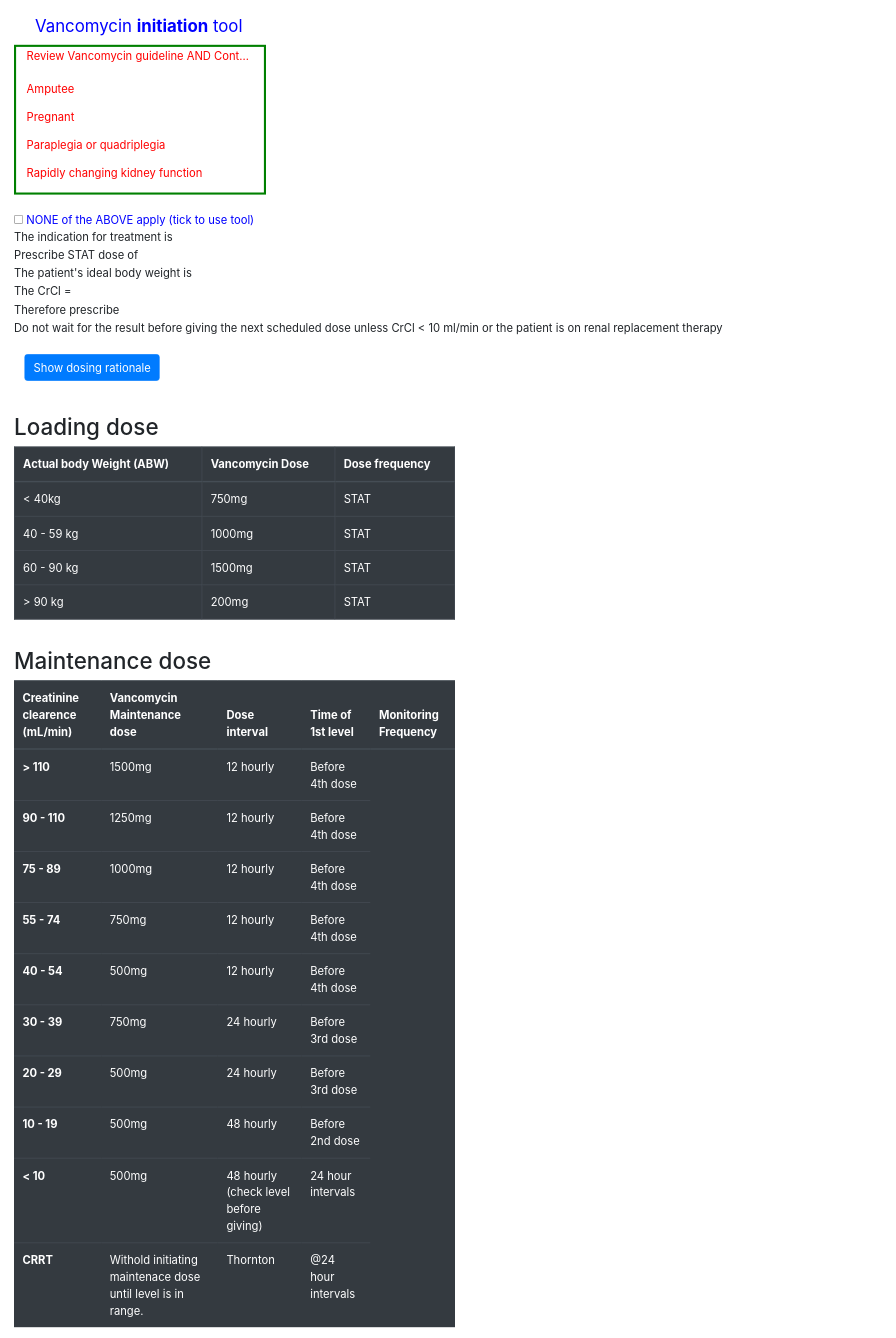
Repository: Mismiles/project-clinical-calculator
Page: index.html
The author's editor kept a record of every edit. The page is drawn from the files as they stood at one moment, then again after the next edit.
The browser window is 1280 px wide. The pictures show the whole page, at 70% of full size.

Above is the page before.

### index.html
<!doctype html>
<html lang="en">
  <head>
    <!-- Required meta tags -->
    <meta charset="utf-8">
    <meta name="viewport" content="width=device-width, initial-scale=1, shrink-to-fit=no">

    <!-- Bootstrap CSS -->
    <link rel="stylesheet" href="https://stackpath.bootstrapcdn.com/bootstrap/4.3.1/css/bootstrap.min.css" integrity="sha384-ggOyR0iXCbMQv3Xipma34MD+dH/1fQ784/j6cY/iJTQUOhcWr7x9JvoRxT2MZw1T" crossorigin="anonymous">

    <!-- Custom CSS -->
    <link href="css/stylesheet.css" rel="stylesheet">

    <title>Vancomycin calculation tool</title>

  </head>
  <body>

<form name="vanc">
<fieldset>

<!-- Form Name -->
<legend>Vancomycin <b>initiation</b> tool</legend>

<!-- Parameters -->
<section id='parameters'>
  <div class="col-md-4 statement" for="parameters" style="color:red">Review Vancomycin guideline AND Contact Pharmacy if any apply, as this tool will not give relevant advice.
    <br>
    <br>
    <p>Amputee</p>
    <p>Pregnant</p>
    <p>Paraplegia or quadriplegia</p>
    <p>Rapidly changing kidney function</p>
	</div>
</section>

<!-- Safe to use tool-->
	<br>
	<div style="color:blue">
      <input type="checkbox" name="parameters" id="showform" onclick="displayForm(); hideParameters();">
      NONE of the ABOVE apply (tick to use tool)
</div>

<section id='vancform'>
<!-- Indication-->
<br>
<div class="form-group">
  <label class="col-md-4 control-label" for="indication"><b>Indication</b></label>
  <div class="col-md-4">
  <input id="ind" name="indication" type="text" autocomplete="off" placeholder="Specify" class="form-control input-md" required="">
  </div>
</div>

<!-- Gender -->
<div class="form-group">
  <label class="col-md-4 control-label" for="gender"><b>Gender</b></label>
  <div class="col-md-4">
   <div class="btn-group btn-group-toggle" data-toggle="buttons">
  <label class="btn btn-outline-primary">
    <input type="radio" name="options" id="male" value="males" onclick="getGender()"> Male
  </label>
  <label class="btn btn-outline-danger">
    <input type="radio" name="options" id="female" value="females" onclick="getGender()"> Female
  </label>
</div>
  </div>
</div>

<!-- Age-->
<div class="form-group">
  <label class="col-md-4 control-label" for="age"><b>Age</b></label>
  <div class="col-md-4">
  <input id="age" name="age" type="text" maxlength="3" placeholder="Age in years" autocomplete="off" class="form-control input-md" required="">
  </div>
</div>

<!-- Weight-->
<div class="form-group">
  <label class="col-md-4 control-label" for="weight"><b>Weight in kg</b></label>
  <div class="col-md-4">
  <input id="weight" name="weight" type="text" maxlength="3" placeholder="Weight in kg" autocomplete="off" class="form-control input-md" required="">
</div>
</div>

<!-- Date picker-->
<div class="form-group">
        <label class="col-md-4 control-label" for="date"><b>Date Weight Taken</b></label>
          <div class="col-md-4">
        <input id="form-control input-md date" name="date" autocomplete="off" placeholder="MM/DD/YYY" type="date" required="" onclick="verifyDate()">
          </div>
</div>
<p id="datemessage"></p>

  <div class="checkbox">
    <label for="parameters-0">
      <input type="radio" name="parameters" id="abnormalWeight" value="" onclick="displayHeight();">
      Abnormal Weight (BMI &lt; 18.5 OR BMI &gt; 25) <br><span style="color:green"><i>Tick to help calculate BMI</i></span>
    </label>
	</div>

	 <div class="checkbox">
    <label for="parameters-1">
      <input type="radio" name="parameters" id="normalweight" value="" onclick="toggleIBW(); displayHeight();">
      Normal weight (BMI &gt; 18.5 and &lt; 25)
    </label>
	</div>
</div>
</div>

<!-- Height-->
<section id="heightbox" class="form-group">
  <label class="col-md-4 control-label" for="height"><b>Height in cm</b></label>
  <div class="col-md-4">
  <input id="height" name="height" type="text" maxlength="3" autocomplete="off" placeholder="Height in cm" class="form-control input-md" required="">
</div>
</section>

<!-- Creatinine-->
<div class="form-group">
  <label class="col-md-4 control-label" for="creatinine"><b>Serum Creatinine in µmol/L</b></label>
  <div class="col-md-4">
  <input id="creatinine" name="creatinine" type="text" autocomplete="off" maxlength="3" placeholder="Creatinine" class="form-control input-md" data-bind="value:replyNumber" required="">
  </div>
</div>

<!-- Disclaimer-->
<div style="color:red">
      <input type="checkbox" name="safetyline" id="disclaimer" onclick="safety();">
      I confirm that this tool takes no clinical responsibility for outcomes <br>
      and I will use this tool <b>only to aid my ultimate clinical decision.</b>
</div>

<!-- Button -->
<div class="form-group">
  <label class="col-md-4 control-label" for="calculate"></label>
  <div class="col-md-4">
    <script type="text/javascript" src="js/calculation.js"></script>
    <button id="calc" name="calculate" type="button" class="btn btn-primary" onclick="runCalcs();" >Display dose and monitoring advice</button>
  </div>
</div>

</fieldset>
</form>
</section>

<section id="dosingAdvice">
<p id="indication" class="text">The indication for treatment is</p>
<p id="stat_dose" class="text">Prescribe STAT dose of</p>
<p id="bmi_calc" class="text">The patient's BMI is</p>
<p id="ibw_text" class="text">The patient's ideal body weight is</p>
<p id="result_g" class="text">The CrCl =</p>
<p id="main_dose" class="text">Therefore prescribe</p>
<p id="poor_renal"class="text">Do not wait for the result before giving the next scheduled dose unless CrCl < 10 ml/min
or the patient is on renal replacement therapy</p>

<br>

<!-- Explain Button -->
  <div class="col-md-4">
    <button id="explain" name="exp" type="button" class="btn btn-primary" onclick="displayReasoning(); highlightWtable(); highlightRtable(); explain(); scrollWin();" >Show dosing rationale</button>
  </div>
</div>

</section>

<br>

<section id="explainDosing"
<!--Show formulas -->
<div id="showFormulas"></div>

<br>


<h2>Loading dose</h2>

<table class="col-md-6 table table-bordered table-dark">
  <thead>
    <tr>
      <th scope="col">Actual body Weight (ABW)</th>
      <th scope="col">Vancomycin Dose</th>
      <th scope="col">Dose frequency</th>
    </tr>
  </thead>
  <tbody>
    <tr id="under40">
      <td>< 40kg</td>
      <td>750mg</td>
      <td>STAT</td>
    </tr>
    <tr id="w40to59">
      <td>40 - 59 kg</td>
      <td>1000mg</td>
      <td>STAT</td>
    </tr>
    <tr id="w60to90">
      <td>60 - 90 kg</td></td>
      <td>1500mg</td>
      <td>STAT</td>
    </tr>
    <tr id="over90">
      <td>> 90 kg</td></td>
      <td>200mg</td>
      <td>STAT</td>
    </tr>
  </tbody>
</table>

<br>

<h2>Maintenance dose</h2>

<table class="col-md-6 table table-dark">
  <thead>
    <tr>
      <th scope="col">Creatinine clearence (mL/min)</th>
      <th scope="col">Vancomycin Maintenance dose</th>
      <th scope="col">Dose interval</th>
      <th scope="col">Time of 1st level</th>
      <th scope="col">Monitoring Frequency</th>
    </tr>
  </thead>
  <tbody>
    <tr id="rOver110">
      <th>> 110</th>
      <td>1500mg</td>
      <td>12 hourly</td>
      <td>Before 4th dose</td>
    </tr>
    <tr id="r90to110">
      <th>90 - 110</th>
      <td>1250mg</td>
      <td>12 hourly</td>
      <td>Before 4th dose</td>
    </tr>
    <tr  id="r75to89">
      <th>75 - 89</th>
      <td>1000mg</td>
      <td>12 hourly</td>
      <td>Before 4th dose</td>
    </tr>
     <tr id="r55to74">
      <th>55 - 74</th>
      <td>750mg</td>
      <td>12 hourly</td>
      <td>Before 4th dose</td>
    </tr>
    <tr id="r40to54">
      <th>40 - 54</th>
      <td>500mg</td>
      <td>12 hourly</td>
      <td>Before 4th dose</td>
    </tr>
    <tr id="r30to39">
      <th>30 - 39</th>
      <td>750mg</td>
      <td>24 hourly</td>
      <td>Before 3rd dose</td>
    </tr>
    <tr id="r20to29">
      <th>20 - 29</th>
      <td>500mg</td>
      <td>24 hourly</td>
      <td>Before 3rd dose</td>
    </tr>
    <tr id="r10to19">
      <th>10 - 19</th>
      <td>500mg</td>
      <td>48 hourly</td>
      <td>Before 2nd dose</td>
    </tr>
    <tr id="r10to0">
      <th>< 10</th>
      <td>500mg</td>
      <td>48 hourly (check level before giving)</td>
      <td>24 hour intervals</td>
    </tr>
    <tr id="CRRT">
      <th>CRRT</th>
      <td>Withold initiating maintenace dose until level is in range.</td>
      <td>Thornton</td>
      <td>@24 hour intervals</td>
    </tr>
  </tbody>
</table>


<!-- Image carousel -->
  <div id="carouselExampleIndicators" class="carousel slide row" data-ride="carousel">
  <ol class="carousel-indicators">
    <li data-target="#carouselExampleIndicators" data-slide-to="0" class="active"></li>
    <li data-target="#carouselExampleIndicators" data-slide-to="1"></li>
    <li data-target="#carouselExampleIndicators" data-slide-to="2"></li>
    <li data-target="#carouselExampleIndicators" data-slide-to="3"></li>
    <li data-target="#carouselExampleIndicators" data-slide-to="4"></li>
    <li data-target="#carouselExampleIndicators" data-slide-to="5"></li>
    <li data-target="#carouselExampleIndicators" data-slide-to="6"></li>
    <li data-target="#carouselExampleIndicators" data-slide-to="7"></li>
    <li data-target="#carouselExampleIndicators" data-slide-to="8"></li>
    <li data-target="#carouselExampleIndicators" data-slide-to="9"></li>
  </ol>
  <div class="carousel-inner">
    <div class="carousel-item active">
      <img class="d-block w-60" src="images/vanc1.jpg" alt="First slide">
    </div>
    <div class="carousel-item">
      <img class="d-block w-60" src="images/app1.jpg" alt="Second slide">
    </div>
    <div class="carousel-item">
      <img class="d-block w-60" src="images/app2.jpg" alt="Third slide">
    </div>
    <div class="carousel-item">
      <img class="d-block w-60" src="images/app3.jpg" alt="Fourth slide">
    </div>
    <div class="carousel-item">
      <img class="d-block w-60" src="images/app41.jpg" alt="Fifth slide">
    </div>
    <div class="carousel-item">
      <img class="d-block w-60" src="images/app42.jpg" alt="Sixth slide">
    </div>
     <div class="carousel-item">
      <img class="d-block w-60" src="images/app43.jpg" alt="Seventh slide">
    </div>
     <div class="carousel-item">
      <img class="d-block w-60" src="images/app5.jpg" alt="Eigth slide">
     </div>
     <div class="carousel-item">
      <img class="d-block w-60" src="images/app6.jpg" alt="Ninth slide">
     </div>
  </div>

  <a class="carousel-control-prev" href="#carouselExampleIndicators" role="button" data-slide="prev">
    <span class="carousel-control-prev-icon" aria-hidden="true"></span>
    <span class="sr-only">Previous</span>
  </a>
  <a class="carousel-control-next" href="#carouselExampleIndicators" role="button" data-slide="next">
    <span class="carousel-control-next-icon" aria-hidden="true"></span>
    <span class="sr-only">Next</span>
  </a>
</div>


    <!-- jQuery first, then Popper.js, then Bootstrap JS -->
    <script src="https://code.jquery.com/jquery-3.3.1.slim.min.js" integrity="sha384-q8i/X+965DzO0rT7abK41JStQIAqVgRVzpbzo5smXKp4YfRvH+8abtTE1Pi6jizo" crossorigin="anonymous"></script>
    <script src="https://cdnjs.cloudflare.com/ajax/libs/popper.js/1.14.7/umd/popper.min.js" integrity="sha384-UO2eT0CpHqdSJQ6hJty5KVphtPhzWj9WO1clHTMGa3JDZwrnQq4sF86dIHNDz0W1" crossorigin="anonymous"></script>
    <script src="https://stackpath.bootstrapcdn.com/bootstrap/4.3.1/js/bootstrap.min.js" integrity="sha384-JjSmVgyd0p3pXB1rRibZUAYoIIy6OrQ6VrjIEaFf/nJGzIxFDsf4x0xIM+B07jRM" crossorigin="anonymous"></script>

        <!-- Calulation JavaScript Code-->
    <script type="text/javascript" href="js/calculation.js"></script>

  </body>
</html>

### css/stylesheet.css
body {
    position: relative;
    font-size: 1em;
    margin-left: 20px;
    margin-top: 20px;

}

legend {
    padding-left: 30px;
    color: blue;
}

.statement {
 border-style: solid;
 border-color: green;
 white-space: nowrap;
 width: 360px;
 overflow: hidden;
 text-overflow: ellipsis;
  }

 .showform {
     color: blue;
 }

#heightbox{
  display: none;
}

#dosingAdvice{
  display: block;
}

#bmi_calc{
    display: none;
}

#vancform {
  display: none;
}

#parameters{
    display: block;
}

#ibw_text{
    display: block;
}

#calc{
    display: none;
}

.text{
    margin-bottom: 2px;
}

.datemessage{
    color: red;
}


.carousel {
  width:740px;
  height:860px;
  display: none !important;
}

Loaded but not shown: js/calculation.js (384 lines, source omitted)

After the next edit:
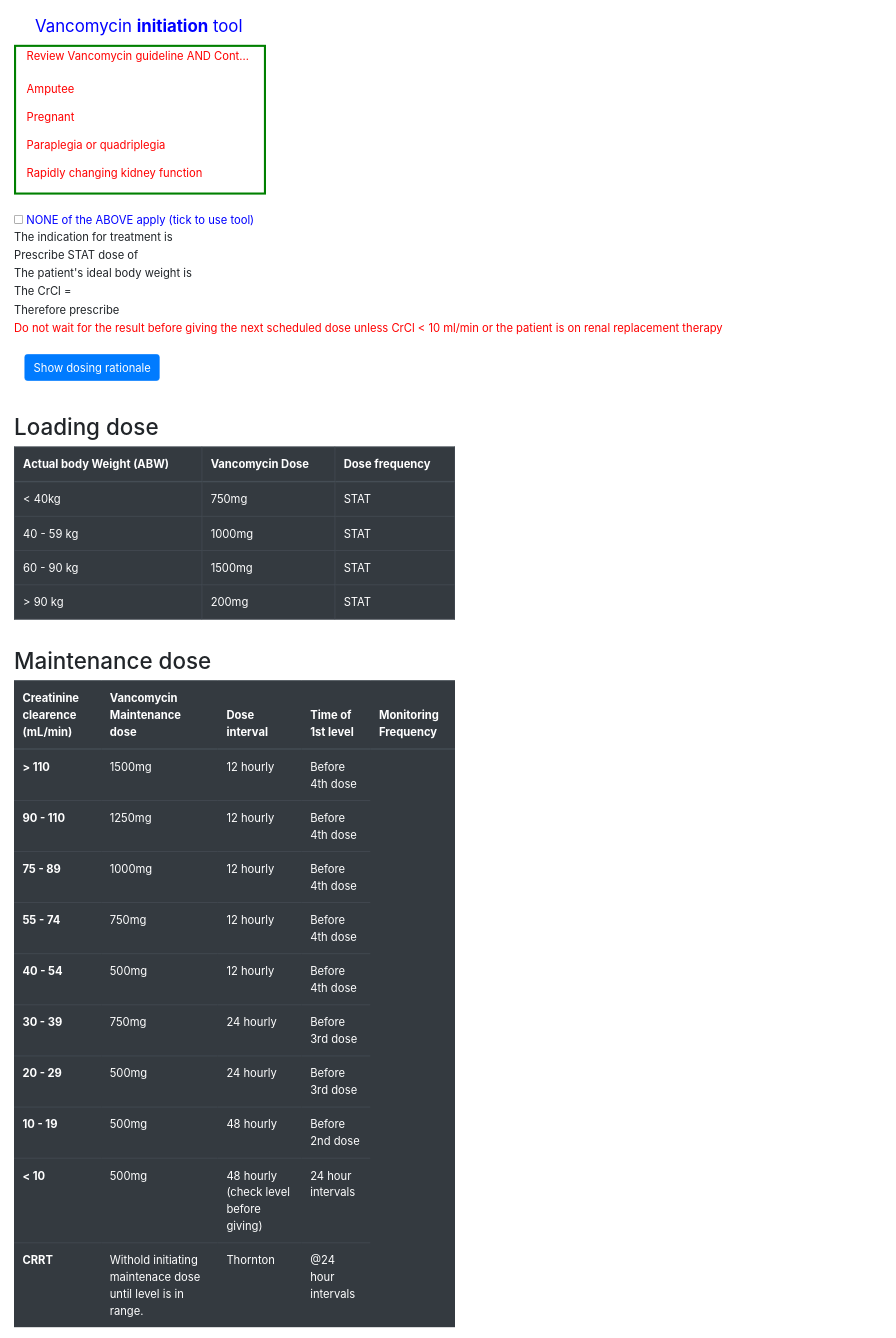
The edit:
--- a/css/stylesheet.css
+++ b/css/stylesheet.css
@@ -52,6 +52,10 @@
     display: none;
 }
 
+#poor_renal{
+    color: red;
+}
+
 .text{
     margin-bottom: 2px;
 }
